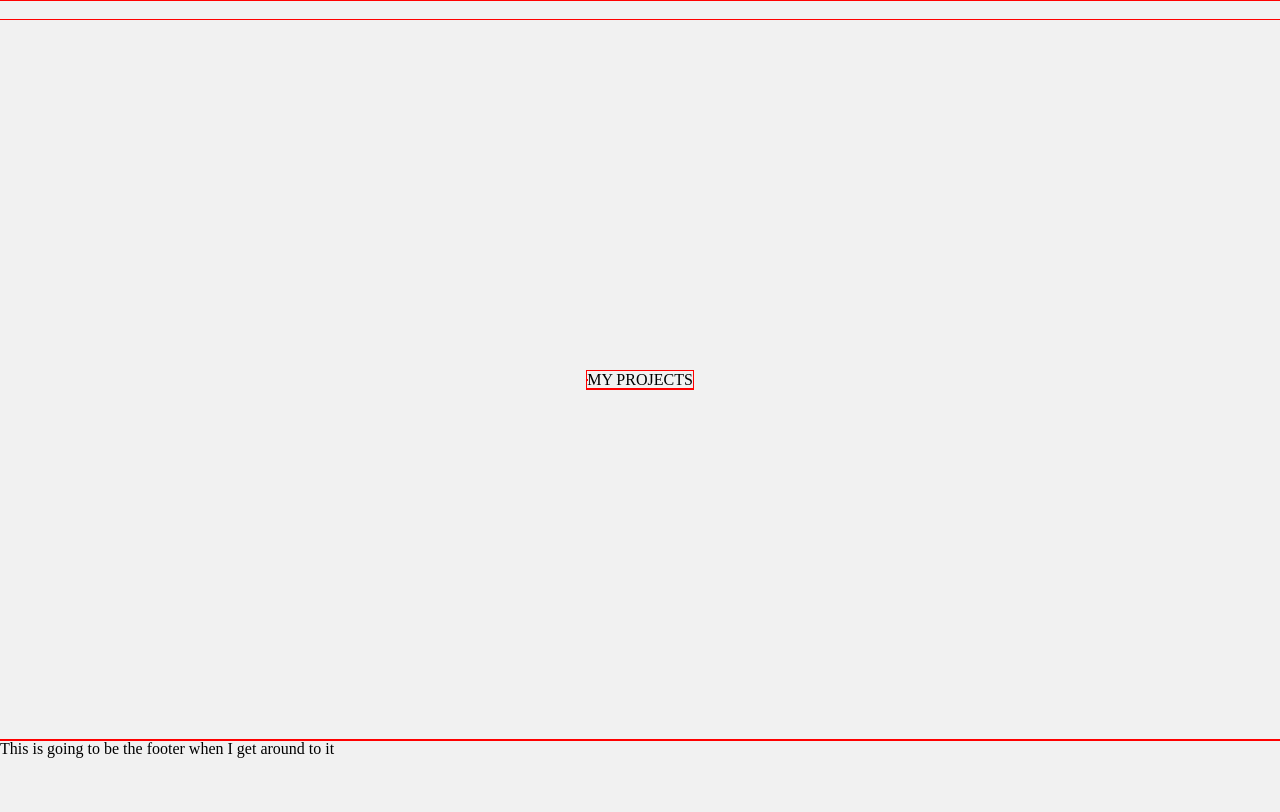
Repository: lynn-the-owl/lynnhtet
Page: index.html
These files come from the project's save history. The page is drawn as it stood at one moment and after a run of saves; the edit follows.
The browser window is 1280 px wide. The pictures show the whole page.
Some web libraries are served in a nearby version.

Above is the page before, as saved 2023-10-09 23:59:35.

### index.html
<!DOCTYPE html>
<html lang="en">

<head>
    <meta charset="UTF-8">
    <meta name="viewport" content="width=device-width, initial-scale=1.0">
    <title>LHA's unfinished site</title>

    <link rel="stylesheet" href="style.css">
    <script defer src="app.js"></script>
    <script src="https://cdnjs.cloudflare.com/ajax/libs/gsap/3.12.2/gsap.min.js"></script>
    <script src="https://cdnjs.cloudflare.com/ajax/libs/gsap/3.12.2/ScrollTrigger.min.js"></script>
    <script src="https://cdnjs.cloudflare.com/ajax/libs/gsap/3.12.2/ScrollToPlugin.min.js"></script>
    <script src="https://cdnjs.cloudflare.com/ajax/libs/gsap/3.12.2/EasePack.min.js"></script>

</head>

<body>
    <div class="all">
        <div class="header">
            <div class="about-me">

            </div>
            <div class="contact-me">

            </div>
        </div>

        <div class="landing">
            <div class="name">

            </div>
            <div class="projects">

                <div class="my-projects">MY PROJECTS</div>
                <div class="project-child">

                </div>
                <div class="project-child"></div>
                <div class="project-child"></div>
                <div class="project-child"></div>
                <div class="project-child"></div>
                <div class="project-child"></div>
                <div class="project-child"></div>
                <div class="project-child"></div>
            </div>
        </div>

        <div class="foot">
            This is going to be the footer when I get around to it
        </div>
    </div>
</div>

</html>

### style.css
* {
    box-sizing: border-box;
    outline: 1px solid red !important;
}
/*
html {
    overflow-x: hidden;
} */

body {
    background-color: #f1f1f1;
    margin: 0;
    padding: 0;
    font-kerning: normal;
    font-weight: 300;
    /* overflow-x: hidden; */
}
p {
    padding: 0;
    margin: 0
}

.all {
    display: flex;
    flex-direction: column;
    z-index: 1;
}

.header {
    transform: translateY(-100%);
    height: auto;
    display: flex;
    opacity: 1;
    padding: 10px;
    z-index: 3000;
    background-color: pink;
}
.me {
    opacity: 1;
    flex-grow: 4;
}
.blogs {
    opacity: 1;
    flex-grow: 1;
}
.portfolio {
    opacity: 1;
    flex-grow: 1;
}
.book {
    opacity: 1;
    flex-grow: 1;
}





.landing {
    height: 100vh;
    display: flex;
    justify-content: center;
    align-items: center;
}
.hi {
    font-size: 3rem;
    font-family: 'Josefin Sans', sans-serif;
    font-weight: 700;
}
.lemme {
    transform: translate(10%);
}
.mouse{
    transform: translateX(40%);
    opacity: 0.7;
    display: flex;
    flex-direction: column;
    justify-content: center;
    align-items: center;
}



.myanmar {
    height: 100vh;
}
.location-wrap {
    display: flex;
    justify-content: center;
    align-items: center;
}
img {
    height:80vh;
    width: auto;
}
.values {
    transform: translateY(40%);
}






.alumni {
    height: 90vh;
    background-color: #5d81b3;
}
.liberty {
    height: 90%;
    position: absolute;
    right: 0;
    transform: translate(50%);
    z-index: 2;
}
.mylp-image {
    height: 90%;
    position: absolute;
    right: 0;
    transform: translate(50%);
    z-index: 1;
}
.mylp-overlay {
    height: 90%;
    position: absolute;
    right: 0;
    transform: translate(50%);
    z-index: 3
}
.transition-top {
    height: 10vh;
    background-image: linear-gradient(white, #5d81b3);
}
.alumni-text {
    height: 10vh;
    color: white;
    background-color: #5d81b3;
    text-align: center;
}


.artist {
    height: 50vh;
}
.skills {
    height: 70vh;
}
.aerospace {
    height: 70vh;
}
.foot {
    height: 10vh;
}

### app.js



//Landing section
gsap.from('.hi', {ease: "power4",duration: 1.5, opacity: 0, x: '-100%', delay: 0});
gsap.from('.lemme', {ease: "power4",duration: 1.5, opacity: 0, x: '-50%', delay: 0.5});
gsap.from('.mouse', {ease: "expo",duration: 2, opacity: 0, y: '150%', delay: 1.7, filter: blur()});


//Myanmar section
gsap.from('.map', {
    x: "-100%",
    opacity: 0,
    scrollTrigger: {
        trigger: '.map',
        // markers: true,
        scrub: 2,
        endTrigger: ".map",
        start: "top 70%",
        end: "top 50%"
    }
});
gsap.from('.from', {
    x: "100%",
    opacity: 0,
    delay: "3",
    scrollTrigger: {
        trigger: '.map',
        // markers: true,
        scrub: 2,
        endTrigger: ".map",
        start: "top 90%",
        end: "top 35%"
    }
});
gsap.from('.values', {
    x: "100%",
    opacity: 0,
    scrollTrigger: {
        trigger: '.from',
        // markers: true,
        scrub: 2,
        endTrigger: ".map",
        start: "bottom 70%",
        end: "top 10%"
    }
});


//MYLP section
gsap.from('.liberty', {
    x: "100%",
    opacity: 0,
    scrollTrigger: {
        trigger: '.transition-top',
        // markers: true,
        scrub: 2,
        start: "bottom 70%",
        end: "top 10%"
    }
});

After the next 3 saves:
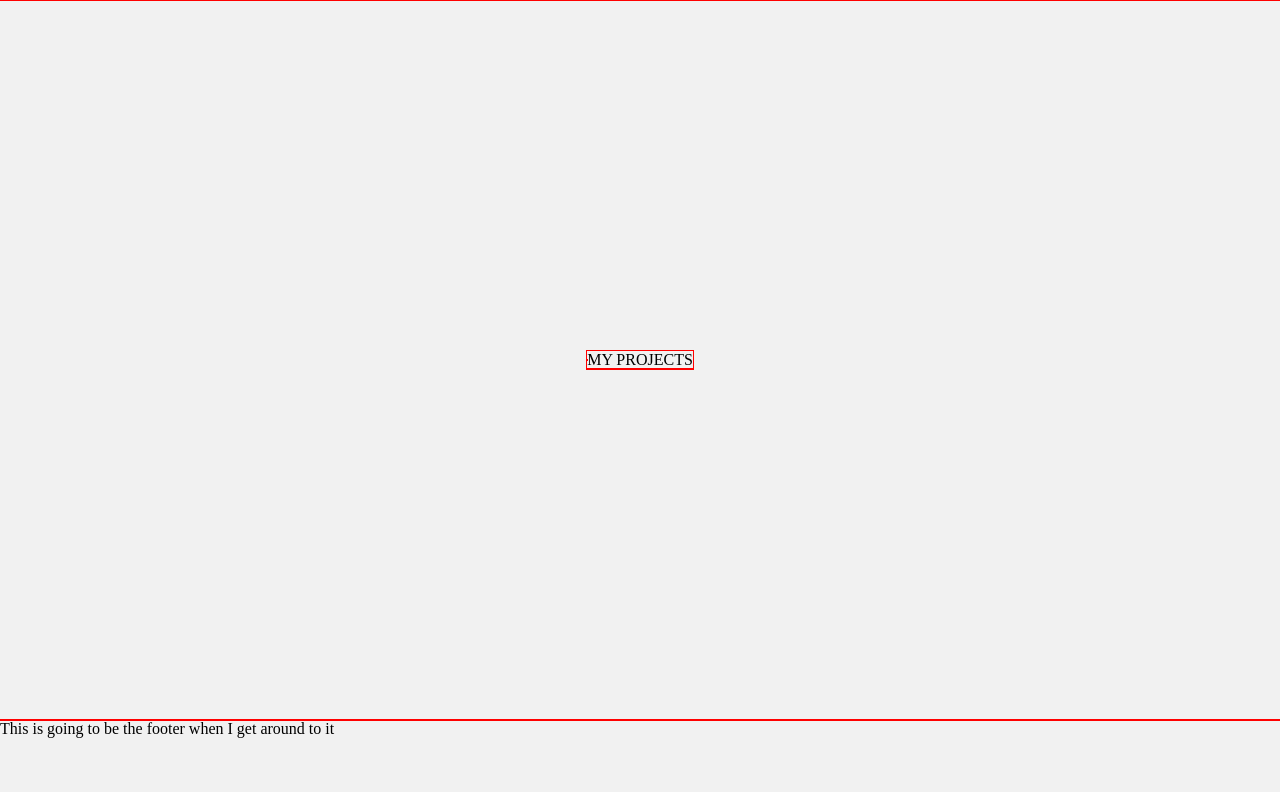
The 3 saves are shown as one change because they came seconds apart.
The last was saved 9 s later.
--- a/style.css
+++ b/style.css
@@ -19,12 +19,8 @@
     padding: 0;
     margin: 0
 }
+.my-p
 
-.all {
-    display: flex;
-    flex-direction: column;
-    z-index: 1;
-}
 
 .header {
     transform: translateY(-100%);

After the save that followed:
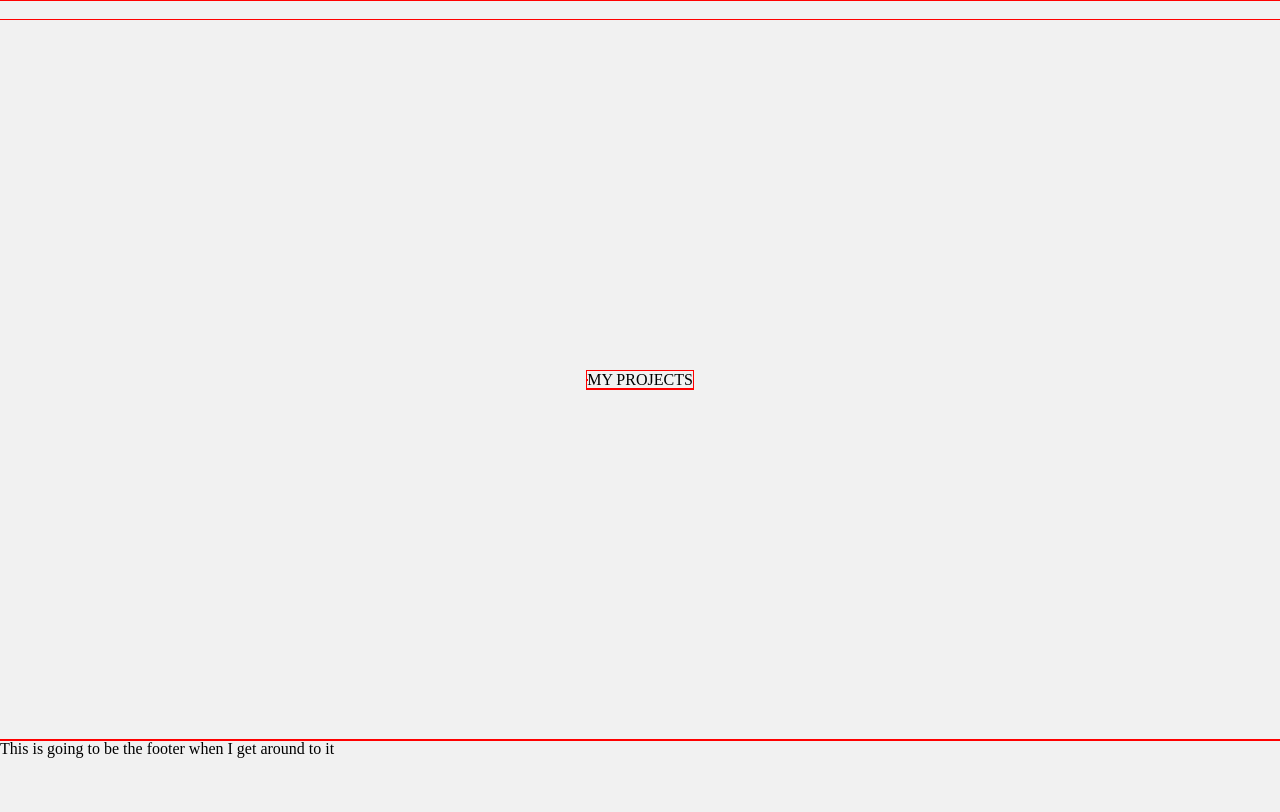
Saved 4 s later.
--- a/style.css
+++ b/style.css
@@ -19,7 +19,9 @@
     padding: 0;
     margin: 0
 }
-.my-p
+.my-projects {
+
+}
 
 
 .header {
